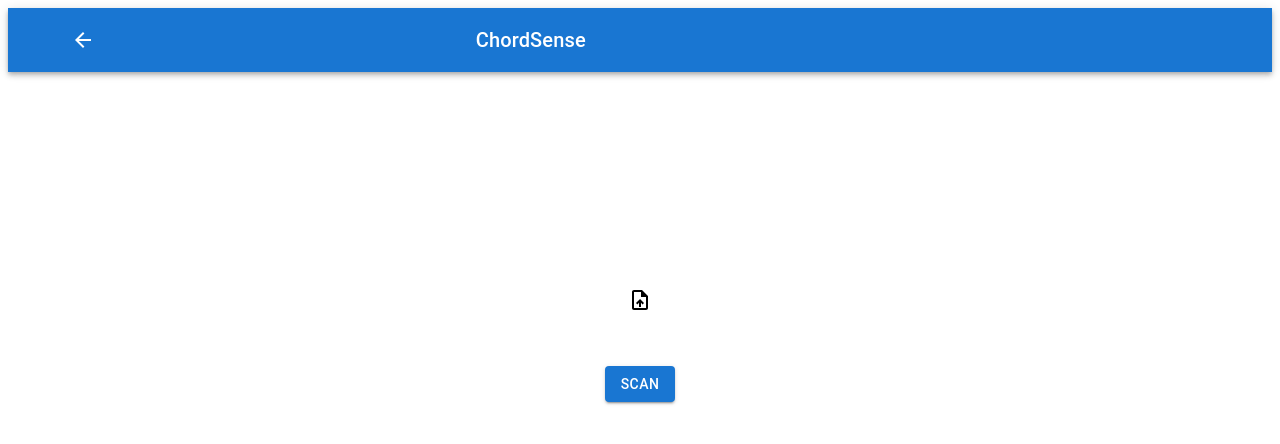
Repository: shamu332/ChordSense
Page: / (app in ui/)
These files come from the project's save history. The page is drawn as it stood at one moment and after the next save; the edit follows.
The browser window is 1280 px wide. The pictures show the whole page.
The project was rebuilt for these pictures with package versions that can differ from the ones it lists, and the page was loaded fresh each time. Also part of the build but not shown: ui/src/pages/Results.js.

Above is the page before, as saved 2023-03-11 13:57:53.

### ui/src/index.js

import React from "react";
import ReactDOM from "react-dom";
import { BrowserRouter as Router, Routes, Route } from "react-router-dom";
import Results from "./pages/Results";
import Landing from "./pages/Landing";

ReactDOM.render(
  <>
    <Router>
      <Routes>
        <Route path="/" element={<Landing />} />
        <Route path="/results" element={<Results />} />
      </Routes>
    </Router>
  </>,
  document.getElementById("root")
);

### ui/src/pages/Landing.js
import React, { useState } from "react";
import Button from "@mui/material/Button";
import Header from "../Header";
import TextField from "@mui/material/TextField";
import CircularProgress from "@mui/material/CircularProgress";
import UploadFileIcon from '@mui/icons-material/UploadFile';
import { useNavigate } from "react-router-dom";

function Scanner() {
  const [loader, setLoader] = useState(false);
  const [ipAddress, setIpAddress] = useState("");
  let navigate = useNavigate();

  function toggleLoader() {
    setLoader(!loader);
  }


  return (
    <>
      <Header />
      <div
        style={{
          display: "flex",
          justifyContent: "center",
          alignItems: "flex-end",
          height: "30vh",
        }}
      ></div>
      {loader ? (
        <div
          style={{
            display: "flex",
            justifyContent: "center",
            alignItems: "center",
            height: "30vh",
          }}
        >
          <CircularProgress />
        </div>
      ) : (
        <>
          <div
            style={{
              display: "flex",
              justifyContent: "center",
              alignItems: "center",
            }}
          >
            <UploadFileIcon></UploadFileIcon>
          </div>
          <div
            style={{
              display: "flex",
              justifyContent: "center",
              alignItems: "center",
              height: "20vh",
            }}
          >
            <Button
              variant="contained"
              onClick={() => {
                toggleLoader();
                sendIp();
              }}
            >
              SCAN
            </Button>
          </div>
        </>
      )}
    </>
  );
}

export default Scanner;

### ui/src/Header.js
import * as React from "react";
import AppBar from "@mui/material/AppBar";
import Box from "@mui/material/Box";
import Toolbar from "@mui/material/Toolbar";
import Typography from "@mui/material/Typography";
import IconButton from "@mui/material/IconButton";
import ArrowBackIcon from "@mui/icons-material/ArrowBack";
import { useNavigate } from "react-router-dom";

export default function Header() {
  const navigate = useNavigate();
  return (
    <Box sx={{ flexGrow: 1 }}>
      <AppBar position="static">
        <Toolbar>
          <IconButton
            size="large"
            edge="start"
            color="inherit"
            aria-label="menu"
            sx={{ mr: 2 }}
          ></IconButton>
          <ArrowBackIcon
            onClick={() => navigate(-1)}
            sx={{ position: "absolute", left: "5%" }}
          />
          <Typography
            variant="h6"
            component="div"
            sx={{ flexGrow: 1, position: "absolute", left: "37%" }}
          >
            ChordSense
          </Typography>
        </Toolbar>
      </AppBar>
    </Box>
  );
}

Loaded but not shown: ui/public/index.html (common file)

After the next save:
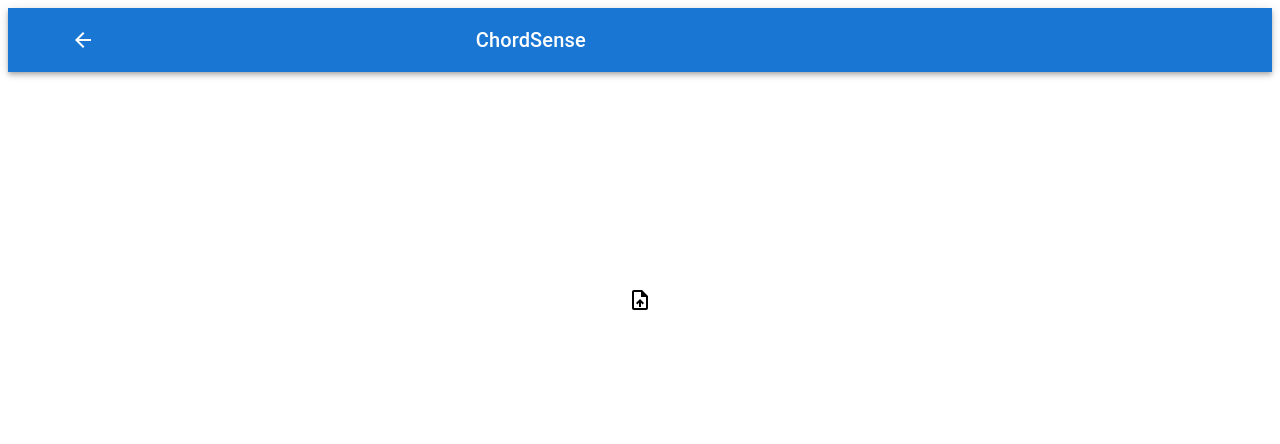
Saved 44 s later.
--- a/ui/src/pages/Landing.js
+++ b/ui/src/pages/Landing.js
@@ -8,7 +8,6 @@ import { useNavigate } from "react-router-dom";
 
 function Scanner() {
   const [loader, setLoader] = useState(false);
-  const [ipAddress, setIpAddress] = useState("");
   let navigate = useNavigate();
 
   function toggleLoader() {
@@ -57,15 +56,6 @@ function Scanner() {
               height: "20vh",
             }}
           >
-            <Button
-              variant="contained"
-              onClick={() => {
-                toggleLoader();
-                sendIp();
-              }}
-            >
-              SCAN
-            </Button>
           </div>
         </>
       )}
